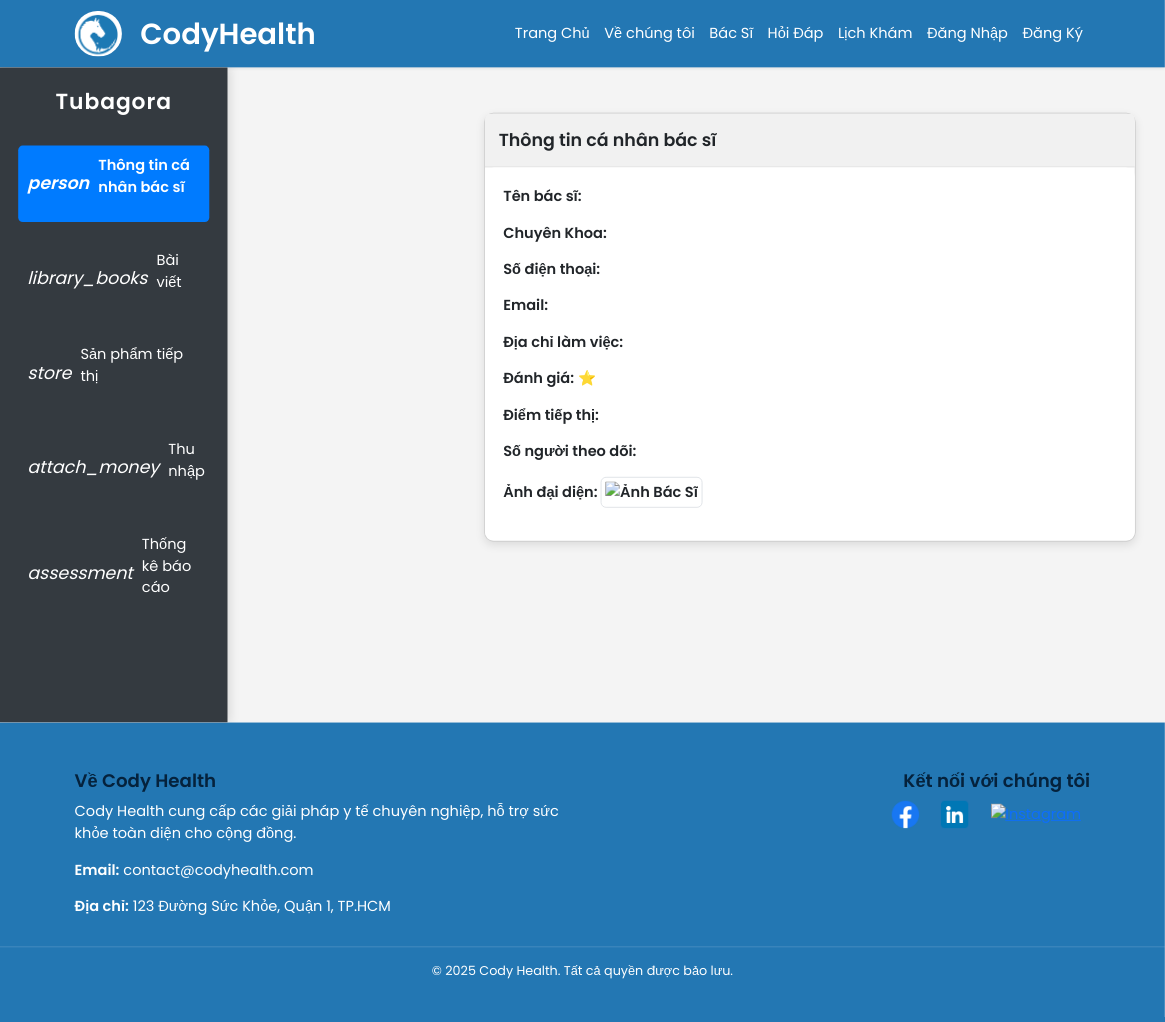
Repository: JonesKhaii/CodySocial
Page: resources/views/doctor/profile.blade.php
An editor plug-in stored every save of this project. The page is shown before and after the next save, followed by the edit.
The browser window is 1280 px wide. The pictures show the whole page, at 91% of full size.
The page is served by the project's Laravel application, run on PHP 8.4 with Laravel 12. The template is opened directly, without the code that normally fills it, so the values that code supplies are empty.

Above is the page before, as saved 2025-02-14 11:10:39.

After the next save:
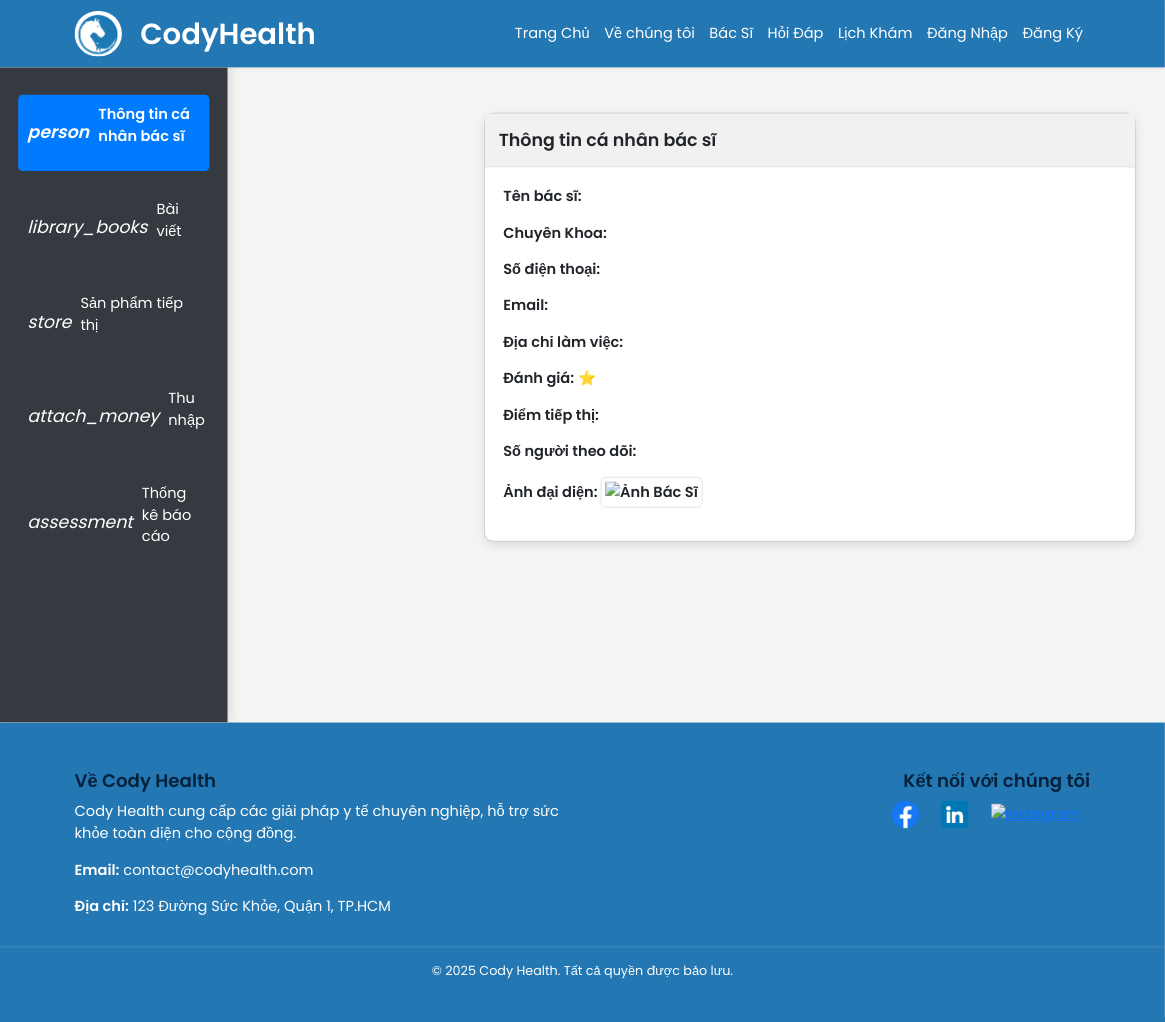
Saved 35 s later.
--- a/resources/views/doctor/profile.blade.php
+++ b/resources/views/doctor/profile.blade.php
@@ -163,11 +163,7 @@
     <div class="wrapper">
         <!-- Sidebar -->
         <div class="sidebar">
-            <div class="logo">
-                <a href="javascript:void(0);" class="simple-text logo-normal">
-                    Tubagora
-                </a>
-            </div>
+
             <div class="sidebar-wrapper">
                 <ul class="nav">
                     <!-- Thông tin cá nhân bác sĩ -->
